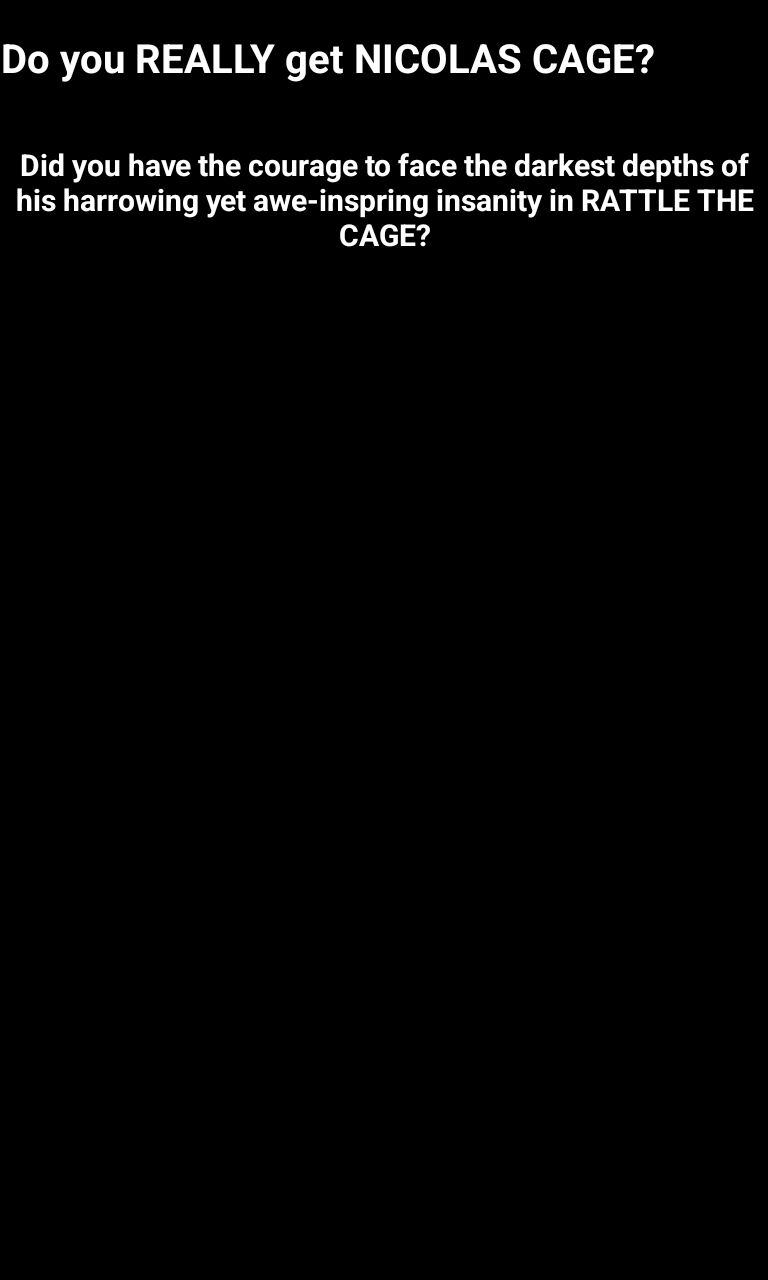
Repository: kylenicola/NicCageMobileApp
Layout: NicolasCageApp/res/layout/activity_score_menu.xml
An editor plug-in stored every save of this project. The layout is shown before and after the next save, followed by the edit.
It is drawn on a 768 x 1280 px phone screen (xhdpi) without system bars, with theme AppTheme; the app's code is not run.

Above is the layout before, as saved 2014-12-04 02:14:25.

After the next save:
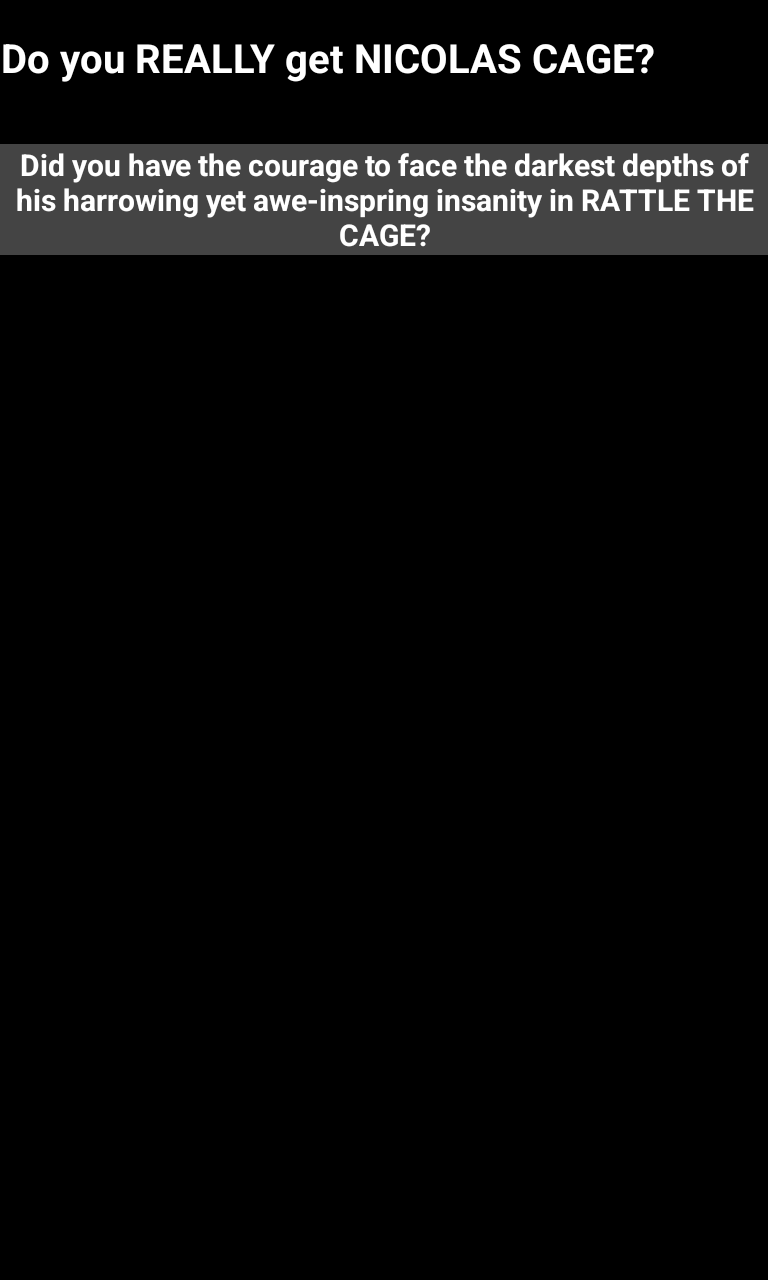
Saved 48 s later.
--- a/NicolasCageApp/res/layout/activity_score_menu.xml
+++ b/NicolasCageApp/res/layout/activity_score_menu.xml
@@ -23,7 +23,7 @@
 	    android:layout_height="wrap_content"
 	    android:layout_gravity="center"
 	    android:layout_marginTop="30dp"
-	    android:background="0xff444444"
+	    android:background="#ff444444"
 	    android:text="@string/rattle_the_cage_score_description"
 	    android:textColor="@android:color/white"
 	    android:textStyle="bold"
